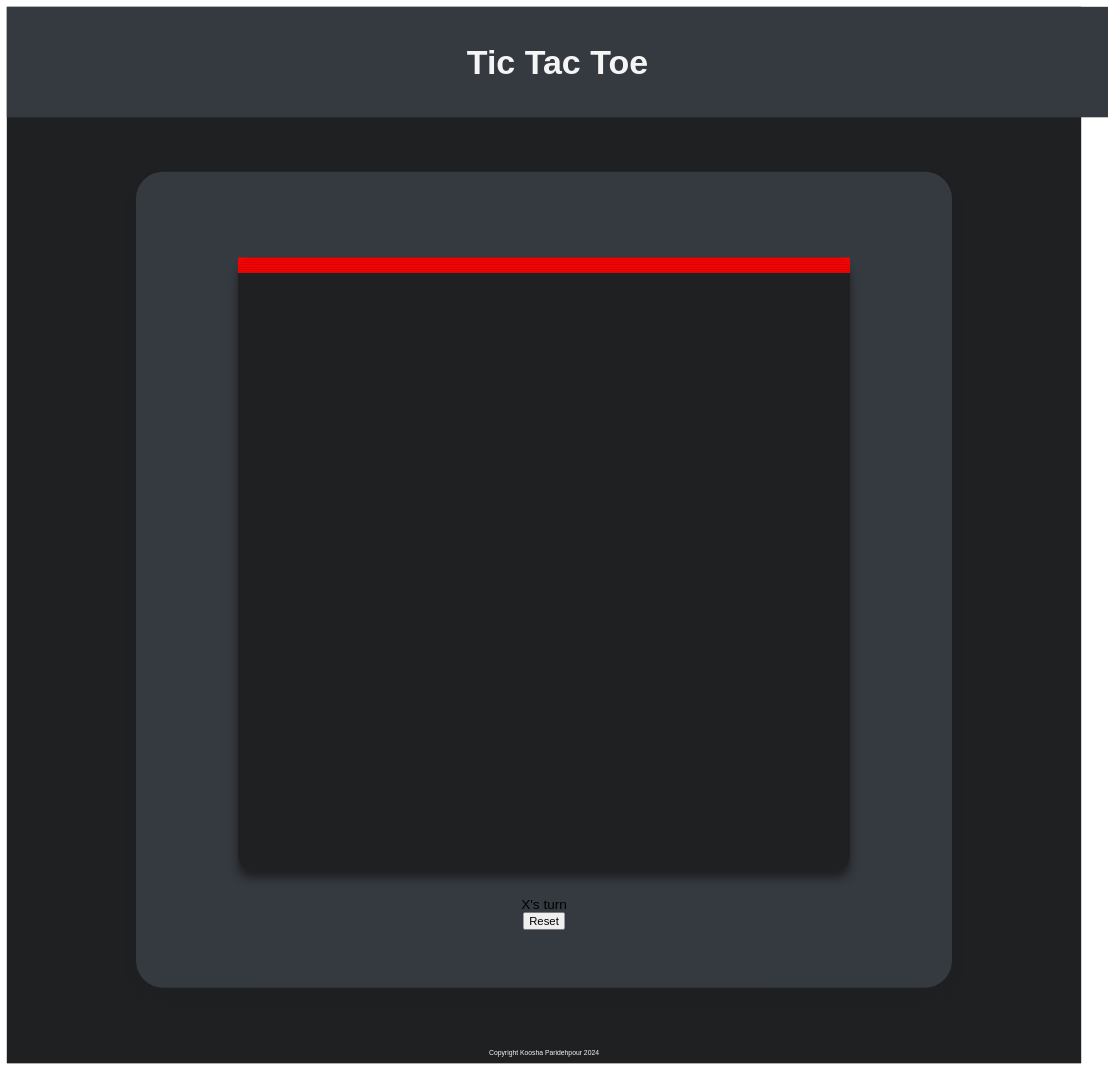
Repository: KooshaPari/odin-TTT
Page: index.html
These files come from the project's save history. The page is drawn as it stood at one moment and after the next save; the edit follows.
The browser window is 1280 px wide. The page is 1304 px wide, so the pictures cover 1304 px, including what lies to the right of the window. The pictures show the whole page, at 85% of full size.

Above is the page before, as saved 2024-03-14 22:51:38.

### index.html
<!doctype html>
<html lang="en">
  <head>
    <meta charset="UTF-8" />

    <link rel="stylesheet" href="./style.css" />
    <meta name="viewport" content="width=device-width, initial-scale=1.0" />
    <title>Document</title>
  </head>
  <body>
    <div id="parent">
      <div id="header">
        <h1>Tic Tac Toe</h1>
      </div>
      <div id="body">
        <div id="game">
          <div id="board">
            <div class="square" id="0"></div>
            <div class="square" id="1"></div>
            <div class="square" id="2"></div>
            <div class="square" id="3"></div>
            <div class="square" id="4"></div>
            <div class="square" id="5"></div>
            <div class="square" id="6"></div>
            <div class="square" id="7"></div>
            <div class="square" id="8"></div>
          </div>
          <div id="status">X's turn</div>
          <button id="reset">Reset</button>
        </div>
      </div>
      <div id="footer">
        <p>Copyright Koosha Paridehpour 2024</p>
      </div>
    </div>
  </body>
</html>

### style.css
* {
  font-family: sans-serif;
}
#parent {
  background-color: #1f2022;
  width: 100%;
  height: 100%;
}
#header {
  background-color: #353a40;
  padding: 1.25%;
  width: 100%;
  height: 100%;
}
#header h1 {
  color: #f6f5f5;

  font-size: 2.5em;
}
#footer p {
  color: #f6f5f5;
  font-size: 0.5em;
}

#header,
#footer,
#body {
  display: flex;
  align-items: center;
  justify-content: center;
}
#title {
  color: #f6f5f5;
}
#body {
  flex-direction: column;
}
#game {
  transition: 2.5s ease-in-out;
  display: flex;
  flex-direction: column;
  justify-content: center;
  align-items: center;
  background-color: #353a40;
  border-radius: 2em;
  margin: 5vw;
  box-shadow: 0px 10px 10px #1f2022;
  width: 75vw;
  height: 75vw;
  -webkit-border-radius: 2em;
  -moz-border-radius: 2em;
  -ms-border-radius: 2em;
  -o-border-radius: 2em;
  -webkit-transition: 2.5s ease-in-out;
  -moz-transition: 2.5s ease-in-out;
  -ms-transition: 2.5s ease-in-out;
  -o-transition: 2.5s ease-in-out;
}
#board {
  width: 75%;
  transition: 1s ease-in-out;
  height: 75%;
  background-color: #1f2022;
  border-radius: 1em;
  margin: 2em;
  box-shadow: 0px 10px 10px #1f2022;
  -webkit-border-radius: 1em;
  -moz-border-radius: 1em;
  -ms-border-radius: 1em;
  -o-border-radius: 1em;
  -webkit-transition: 1s ease-in-out;
  -moz-transition: 1s ease-in-out;
  -ms-transition: 1s ease-in-out;
  -o-transition: 1s ease-in-out;
}
#board:hover {
  transform: scale(1.025) translate(0, -1em);
  transition: 0.5s ease-in-out;
  -webkit-transform: scale(1.025) translate(0, -1em);
  -moz-transform: scale(1.025) translate(0, -1em);
  -ms-transform: scale(1.025) translate(0, -1em);
  -o-transform: scale(1.025) translate(0, -1em);
  -webkit-transition: 0.5s ease-in-out;
  -moz-transition: 0.5s ease-in-out;
  -ms-transition: 0.5s ease-in-out;
  -o-transition: 0.5s ease-in-out;
}
#game:hover {
  transform: scale(1.05) translate(0, -0.5em);
  transition: 10s ease-in-out;
  -webkit-transform: scale(1.05) translate(0, -0.5em);
  -moz-transform: scale(1.05) translate(0, -0.5em);
  -ms-transform: scale(1.05) translate(0, -0.5em);
  -o-transform: scale(1.05) translate(0, -0.5em);
  -webkit-transition: 10s ease-in-out;
  -moz-transition: 10s ease-in-out;
  -ms-transition: 10s ease-in-out;
  -o-transition: 10s ease-in-out;
}
.square {
  border: 0.1px solid red;
}

After the next save:
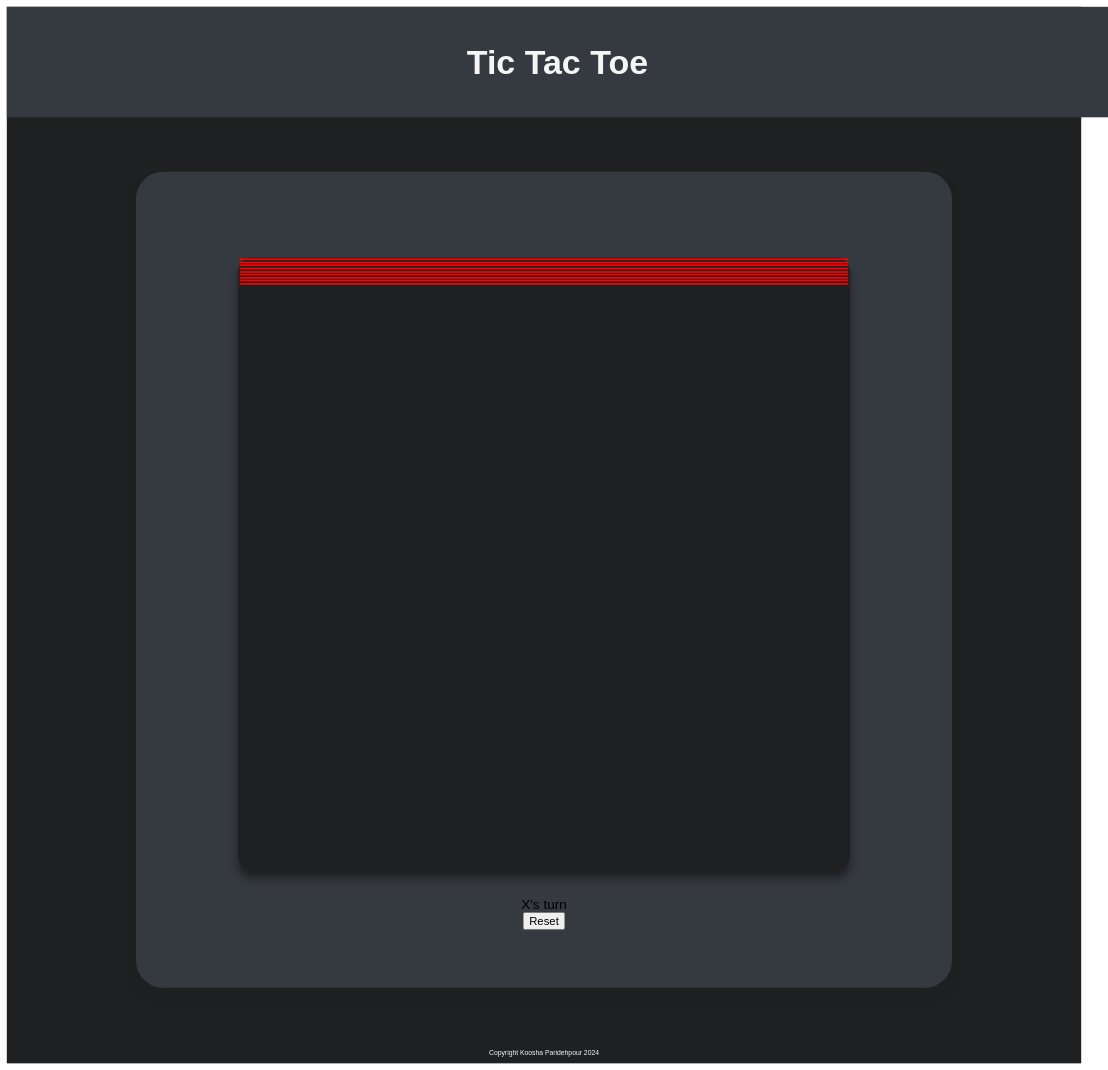
Saved 13 s later.
--- a/style.css
+++ b/style.css
@@ -99,4 +99,5 @@
 }
 .square {
   border: 0.1px solid red;
+  margin: 0.1em;
 }
